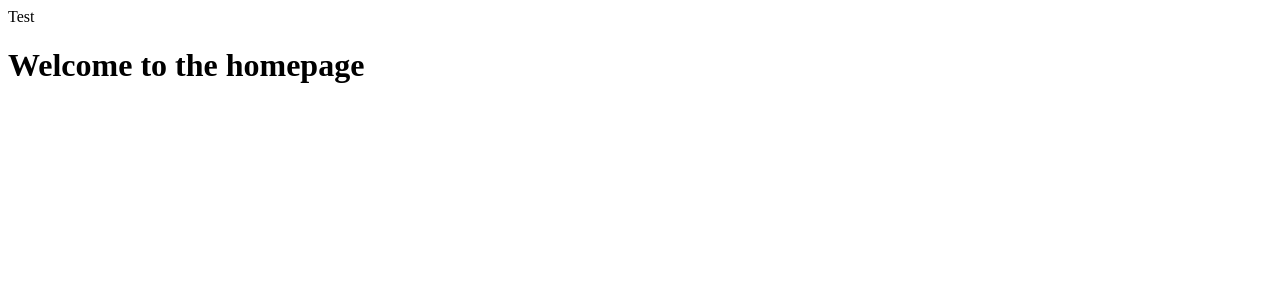
Repository: Nedjim/ubangui
Page: /
The author's editor kept a copy of each file at every save. The page is drawn from the files as they stood at one save, then again after the next save.
The browser window is 1280 px wide. The pictures show the whole page.
The project was rebuilt for these pictures with package versions that can differ from the ones it lists, and the page was loaded fresh each time. The framework's server and built-in components were replaced by stand-ins that run in the browser. Also part of the build but not shown: nuxt.config.ts, components/PageTitle.vue.

Above is the page before, as saved 2024-01-10 16:25:35.

After the next save:
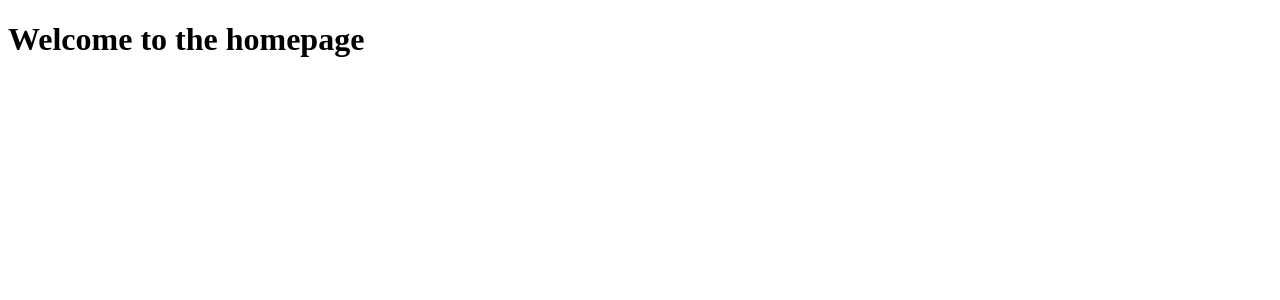
Saved 66 s later.
--- a/app.vue
+++ b/app.vue
@@ -1,7 +1,4 @@
 <template>
-  <div>
-    <Test />
-    <NuxtWelcome />
-    <NuxtPage />
-  </div>
+      <NuxtPage />
+
 </template>

After the save that followed:
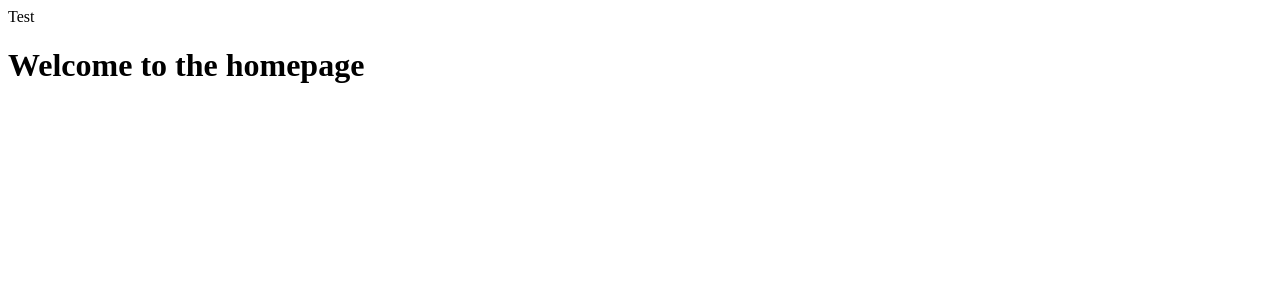
Saved 6 s later.
--- a/app.vue
+++ b/app.vue
@@ -1,4 +1,7 @@
 <template>
-      <NuxtPage />
-
+  <div>
+    <Test />
+    <NuxtWelcome />
+    <NuxtPage />
+  </div>
 </template>
